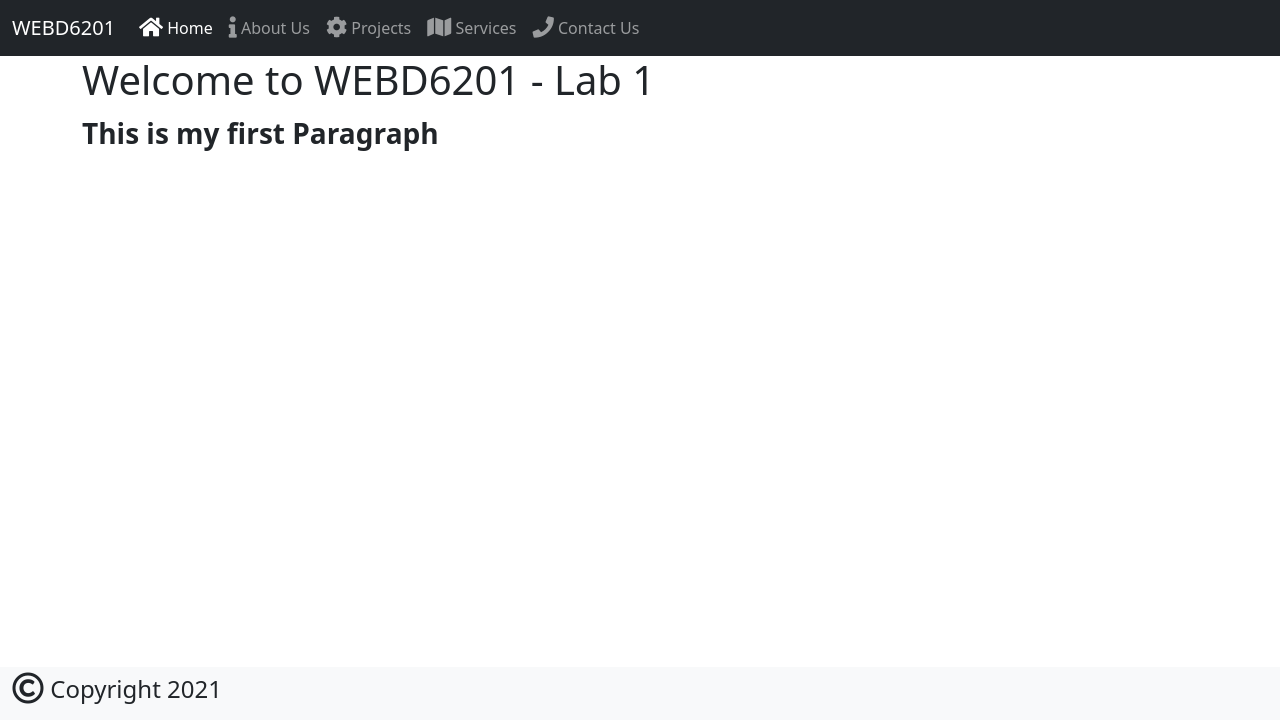
Repository: ErikHayward/WEBD6201-W2021-ICE1b
Page: index.html
An editor plug-in stored every save of this project. The page is shown before and after the next save, followed by the edit.
The browser window is 1280 px wide. The pictures show the whole page.

Above is the page before, as saved 2021-01-23 00:36:53.

### index.html
<!DOCTYPE html>
<html lang="en">
<head>
    <meta charset="UTF-8">
    <meta name="viewport" content="width=device-width, initial-scale=1.0">
    <title>Home</title>
    <!-- CSS Section -->
    <link rel="stylesheet" href="./node_modules/bootstrap/dist/css/bootstrap.min.css">
    <link rel="stylesheet" href="./node_modules/@fortawesome/fontawesome-free/css/all.min.css">
    <link rel="stylesheet" href="./Content/app.css">
</head>
<body>
    <!-- Main Header -->
    <header>
        <!-- Main Navigation -->
        <nav class="navbar navbar-expand-lg navbar-dark bg-dark">
            <div class="container-fluid">
              <a class="navbar-brand" href="index.html">WEBD6201</a>
              <button class="navbar-toggler" type="button" data-bs-toggle="collapse" data-bs-target="#navbarSupportedContent" aria-controls="navbarSupportedContent" aria-expanded="false" aria-label="Toggle navigation">
                <span class="navbar-toggler-icon"></span>
              </button>
              <div class="collapse navbar-collapse justify-content-end" id="navbarSupportedContent">
                <ul class="navbar-nav me-auto mb-2 mb-lg-0">
                  <li class="nav-item">
                    <a class="nav-link active" aria-current="page" href="index.html"><i class="fas fa-home fa-lg"></i> Home</a>
                  </li>

                  <li class="nav-item">
                    <a class="nav-link" aria-current="page" href="about.html"><i class="fas fa-info fa-lg"></i> About Us</a>
                  </li>

                  <li class="nav-item">
                    <a class="nav-link" aria-current="page" href="projects.html"><i class="fas fa-cog fa-lg"></i> Projects</a>
                  </li>

                  <li class="nav-item">
                    <a class="nav-link" aria-current="page" href="services.html"><i class="fas fa-map fa-lg"></i> Services</a>
                  </li>

                  <li class="nav-item">
                    <a class="nav-link" aria-current="page" href="contact.html"><i class="fas fa-phone fa-lg"></i> Contact Us</a>
                  </li>
                </ul>
              </div>
            </div>
          </nav>
    </header>

    <!-- Main Content -->
    <main class="container">
        <h1>Welcome to WEBD 6201</h1>
        <p id="paragraphOne"></p>
    </main>

    <!-- Main Footer -->
    <footer>
        <nav class="navbar fixed-bottom navbar-light bg-light">
            <div class="container-fluid">
              <h4><i class="far fa-copyright fa-lg"></i> Copyright 2021</h4>
            </div>
          </nav>
    </footer>

    <!-- Script Section -->
    <script src="./node_modules/jquery/dist/jquery.min.js"></script>
    <script src="./node_modules/bootstrap/dist/js/bootstrap.bundle.min.js"></script>
    <script src="./Scripts/app.js"></script>
</body>
</html>

### Content/app.css
/* Custom CSS goes here */

### Scripts/app.js
/* custom JavaScript goes here */

//IIFE - Immediately Invoked Function Expression
//AKA - Anonymous Self-Executing Function
//Closure - limits scope leak

"use strict";

(function()
{
    function displayHome()
    {
        let paragraphOneText =
          "This is a simple site to demonstrate DOM Manipulation for ICE 1";

        let paragraphOneElement = document.getElementById("paragraphOne");

        paragraphOneElement.textContent = paragraphOneText;
        paragraphOneElement.className = "fs-5";

        // Step 1. document.createElement
        let newParagraph = document.createElement("p");
        // Step 2. configure the element
        newParagraph.setAttribute("id", "paragraphTwo");
        newParagraph.textContent = "...And this is paragraph two";
        // Step 3. select the parent element
        let mainContent = document.getElementsByTagName("main")[0];
        // Step 4. Add / Insert the element
        mainContent.appendChild(newParagraph);

        newParagraph.className = "fs-6";

        // another way of injecting content
        let paragraphDiv = document.createElement("div");
        let paragraphThree = `<p id="paragraphThree" class="fs-7 fw-bold">And this is the Third Paragraph</p>`;
        paragraphDiv.innerHTML = paragraphThree;

        // insertions

        // example of inserting before a node
        //newParagraph.before(paragraphDiv);

        // example of inserting after a node
        newParagraph.after(paragraphDiv);

        // deletions

        // example of removing a single element
        //paragraphOneElement.remove();

        // example of removeChild
        mainContent.removeChild(paragraphOneElement);

        // update / modification
        //mainContent.firstElementChild.textContent = "Welcome Home!";

        mainContent.innerHTML = `<h1 id="firstHeading">Welcome to WEBD6201 - Lab 1</h1>
         <p id="paragraphOne" class="fs-3 fw-bold">This is my first Paragraph</p>
        `;

    }

    function displayAbout(){

    }

    function displayProjects(){

    }

    function displayServices(){

    }

    function displayContact(){
        let messageArea = document.getElementById("messageArea");
        messageArea.hidden = true;

        // form validation
        let fullName = document.getElementById("fullName");
        fullName.addEventListener("blur", function() {
            if(fullName.value.length < 2)
            {
                fullName.focus();
                fullName.select();
                messageArea.hidden = false;
                messageArea.textContent = "Please enter an appropriate Name";
            }
            else
            {
                messageArea.hidden = true;
            }
        });

        let sendButton = document.getElementById("sendButton");
        sendButton.addEventListener("click", function(event){
            //event.preventDefault();

            console.log(fullName.value);
            console.log(contactNumber.value);
            console.log(emailAddress.value);
        });
    }

    function Start()
    {
        console.log("App Started...");

        switch (document.title)
        {
          case "Home":
              displayHome();
            break;
          case "About":
              displayAbout();
            break;
          case "Projects":
              displayProjects();
            break;
          case "Services":
              displayServices();
            break;
          case "Contact":
              displayContact();
            break;
        }

    }

    window.addEventListener("load", Start);

})();

Loaded but not shown: node_modules/bootstrap/dist/css/bootstrap.min.css (library); node_modules/@fortawesome/fontawesome-free/css/all.min.css (library); node_modules/jquery/dist/jquery.min.js (library); node_modules/bootstrap/dist/js/bootstrap.bundle.min.js (library)

After the next save:
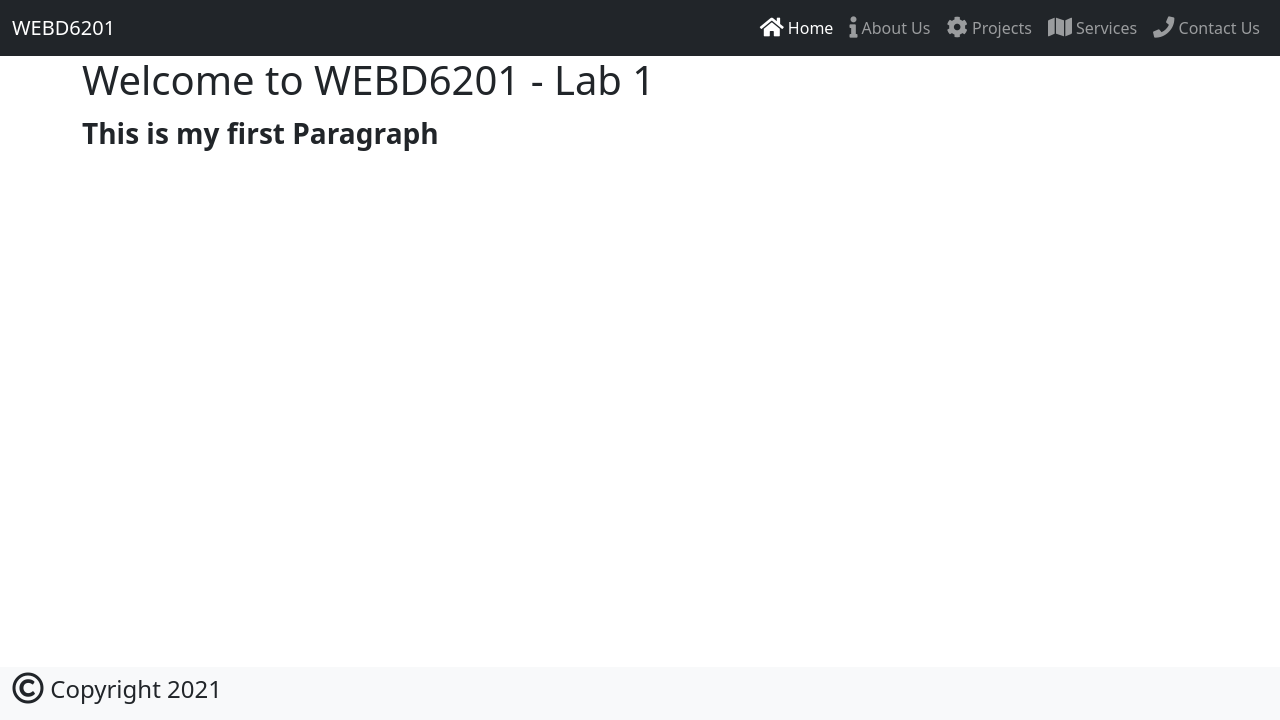
Saved 10 s later.
--- a/index.html
+++ b/index.html
@@ -20,7 +20,7 @@
                 <span class="navbar-toggler-icon"></span>
               </button>
               <div class="collapse navbar-collapse justify-content-end" id="navbarSupportedContent">
-                <ul class="navbar-nav me-auto mb-2 mb-lg-0">
+                <ul class="navbar-nav mr-auto mb-2 mb-lg-0">
                   <li class="nav-item">
                     <a class="nav-link active" aria-current="page" href="index.html"><i class="fas fa-home fa-lg"></i> Home</a>
                   </li>

After the 2 saves that followed:
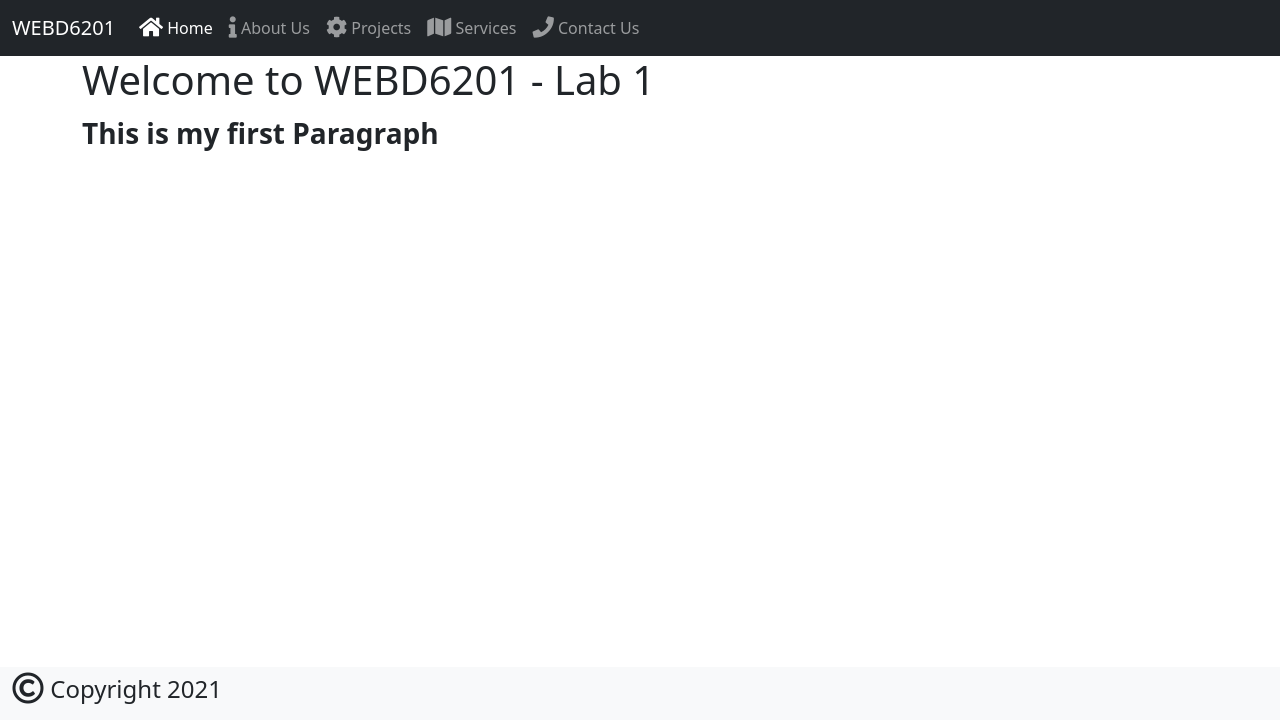
The 2 saves are shown as one change because 1 left the picture as it was.
The last was saved 18 s later.
--- a/index.html
+++ b/index.html
@@ -20,7 +20,7 @@
                 <span class="navbar-toggler-icon"></span>
               </button>
               <div class="collapse navbar-collapse justify-content-end" id="navbarSupportedContent">
-                <ul class="navbar-nav mr-auto mb-2 mb-lg-0">
+                <ul class="navbar-nav me-auto mb-2 mb-lg-0">
                   <li class="nav-item">
                     <a class="nav-link active" aria-current="page" href="index.html"><i class="fas fa-home fa-lg"></i> Home</a>
                   </li>
